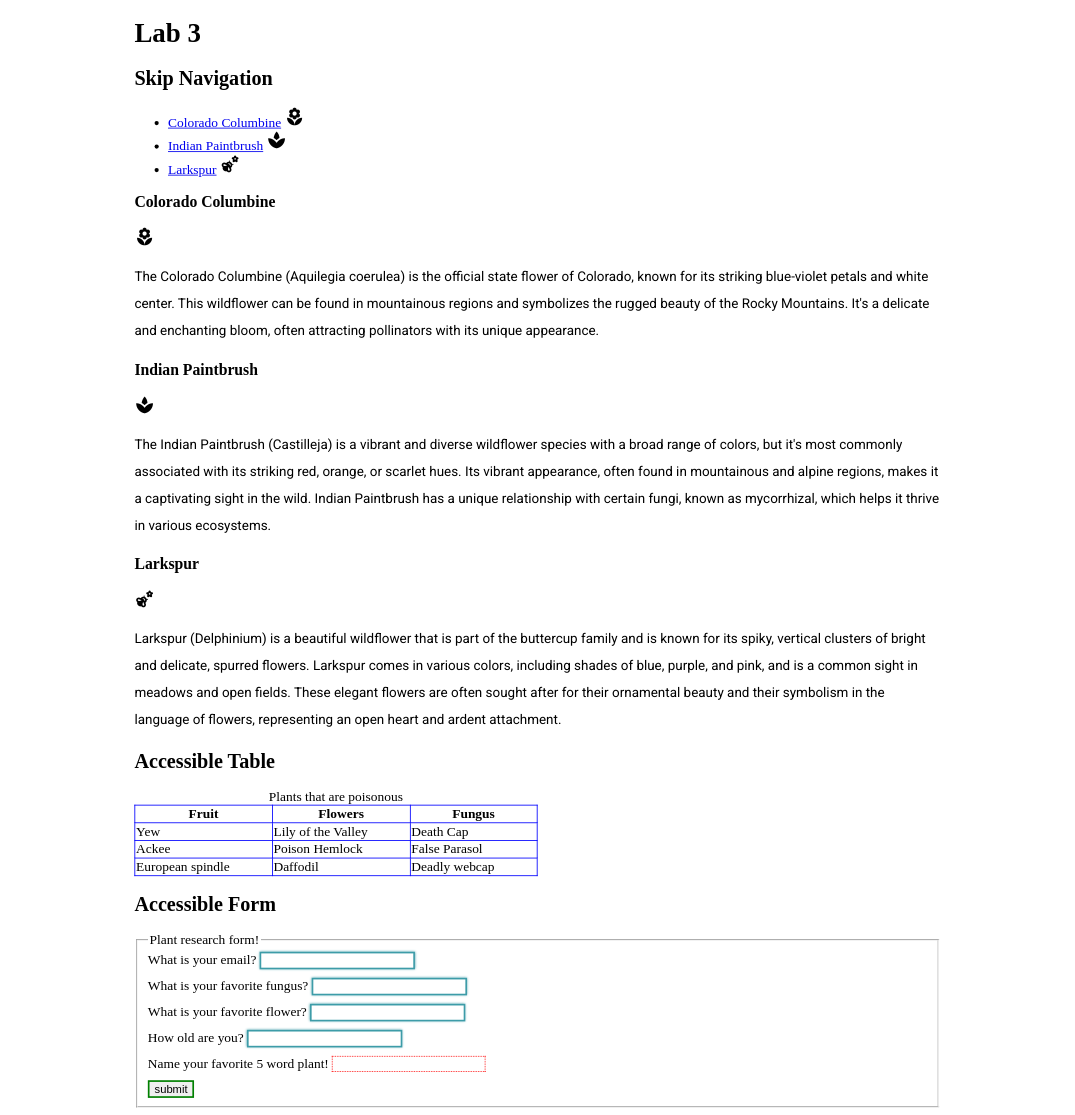
Repository: ethan-schrauf/UniversalDesignWebsite
Page: lab3.html
These files come from the project's save history. The page is drawn as it stood at one moment and after the next save; the edit follows.
The browser window is 1280 px wide. The pictures show the whole page, at 84% of full size.

Above is the page before, as saved 2023-10-26 12:00:01.

After the next save:
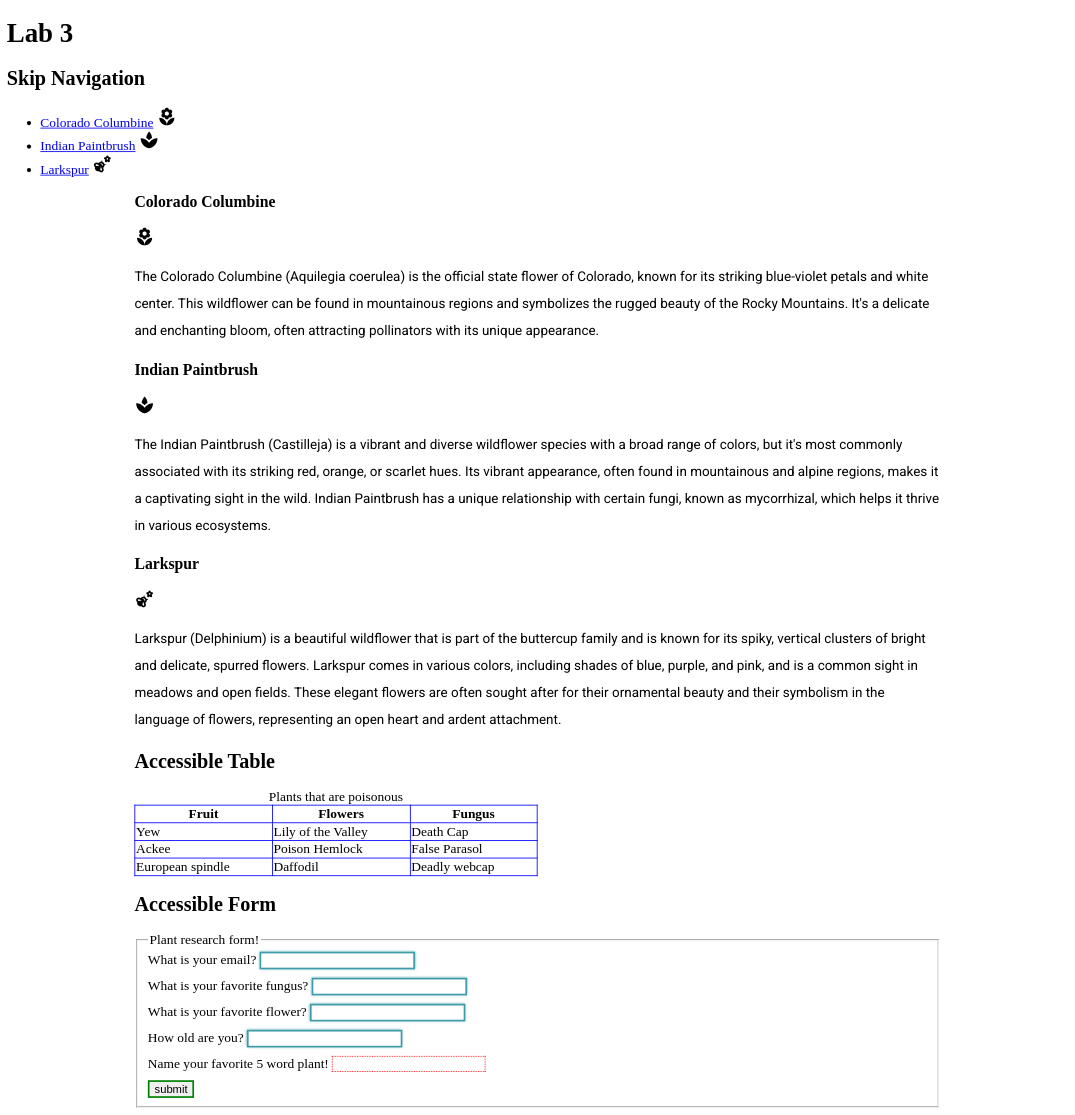
Saved 2 min 47 s later.
--- a/lab3.html
+++ b/lab3.html
@@ -10,8 +10,6 @@
 </head>
 <body>
   <a href="#main-content" class="skip-link">Skip Navigation</a>
-
-  <div class = "container">
   <h1>Lab 3</h1>
 
 
@@ -27,7 +25,7 @@
                         class="material-icons">emoji_nature</span></li>
             </ul>
         </nav>
-        <div>
+        <div class = "container" >
   <main id="main-content">
   <section id="colorado-columbine">
     <h3>Colorado Columbine</h3>
